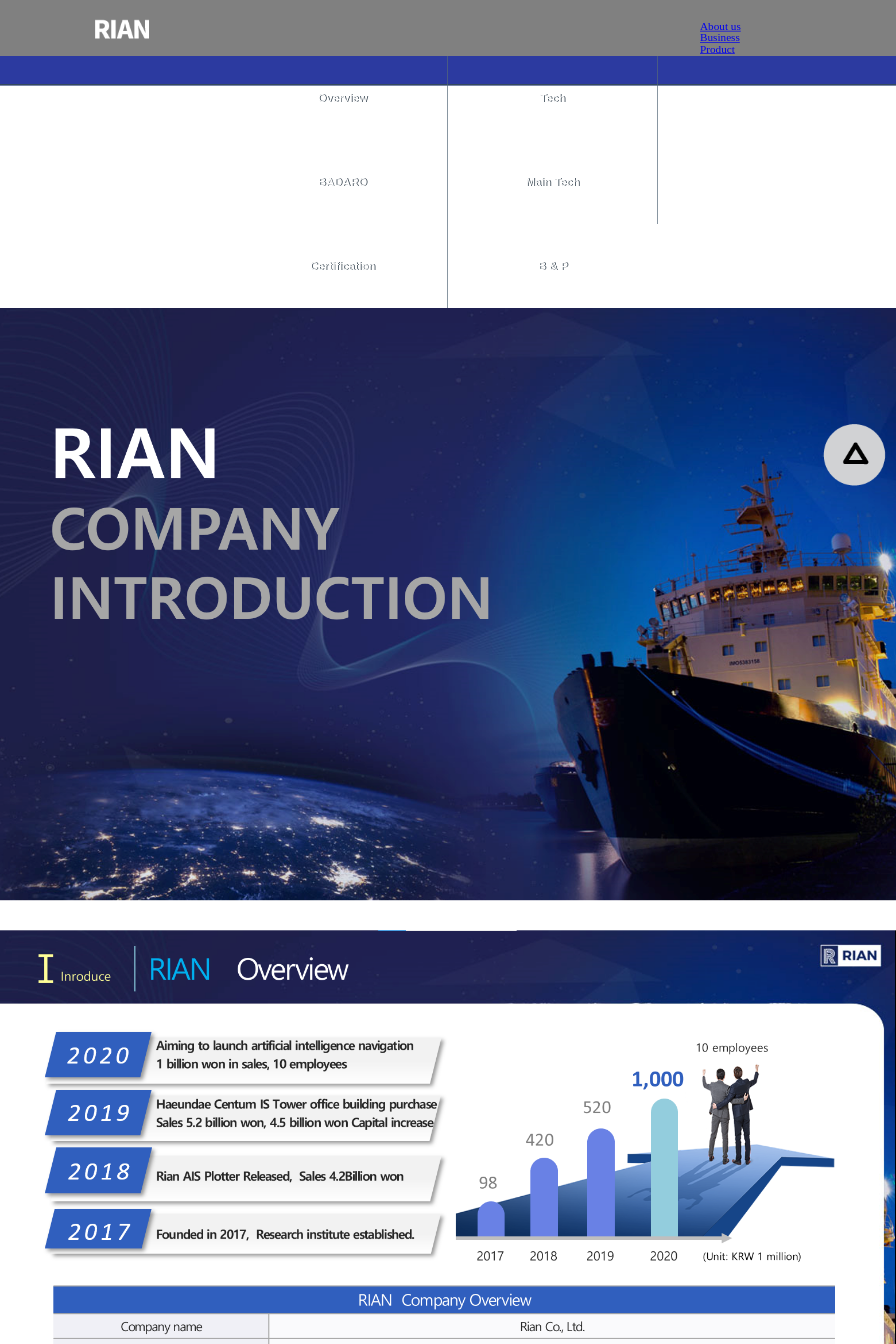
Repository: injeong-in/CompanyWeb
Page: http://localhost/RianWebSite/
An editor plug-in stored every save of this project. The page is shown before and after the next save, followed by the edit.
The browser window is 1280 px wide. The pictures show the part of the page from y = 0 to 1920 px (the page is 12441 px tall before and 12241 px after), at 70% of full size.
The page is served by Tomcat 9. Nobody is signed in. The application's start-up code is not run.

Above is the page before, as saved 2020-12-01 05:45:55.

### RianWebSite/WebContent/index.jsp
<%@ page language="java" contentType="text/html; charset=UTF-8"
    pageEncoding="UTF-8"%>

<!DOCTYPE html>
<html>

<head>
    <meta charset="UTF-8">
    <meta name="viewport" content="width=device-width, initial-scale=1.0">
    <title>Rian company</title>

    <!--스타일시트 등록-->
    <link rel="stylesheet" href="./css/style.css">

    <!--제이쿼리 등록-->
    <script src="./js/jquery-2.1.3.min.js">
    </script>
    <script src="./js/jquery.vide.min.js">
    </script>
    <script src="./js/jquery.scrollTo.min.js">
    </script>

    <!--제이쿼리 작성-->
    <script>

    $(document).ready(function(){
        $('nav a').click(function(e){
            $.scrollTo(this.hash||0, 280);
            e.preventDefault();
        });
        $('#btn_gotop').click(function(e){
            $.scrollTo(this.hash||0, 280);
            e.preventDefault();
        });
    });

    $(function () {
            var trigger = $('#trigger');
            var menu = $('nav ul');
            $(trigger).on('click', function(e) {
                e.preventDefault();
                menu.slideToggle();
            });
            $(window).resize(function () {
                var w = $(window).width();
                if(w>320 && menu.is(':hidden')) {
                    menu.removeAttr('style');
                }
            });
        });
    </script>
    <!--제이쿼리 작성 끝-->

</head>


<body>

	<div id="container">
		<header class="header" style="position: fixed; width: 100%; height: 80px; background-color: gray; margin: 0 auto;">
			<div class="header_inheader" style="width: 80%; height: 80px; background-color: gray; margin:0 auto;">
				<a href="http://rian.kr"><img src="./images/logo-1.png" style="position: relative; margin-top: 20px;"></a>
				<div style="width:50%; position: absolute; left: 1000px; top: 30px;">
					<ul class="header_menu" style="position: relative;">
						<li><a href="http://rian.kr/about-us/">About us</a></li>
						<li><a href="http://rian.kr/business/">Business</a></li>
						<li><a href="http://rian.kr/product/">Product</a></li>
						<li><a href="http://rian.kr/ourstory/">Our Story</a></li>
						<li><a href="http://14.42.209.254/" style="color: #c4c4c4;">Intro in ENG</a></li>
					</ul>
				</div>
			</div>
		</header>

		<br><br><br><br><br>

	    <nav class="clearfix">
	        <ul class="clearfix">
	            <li><a href="#2">Overview</a></li>
	            <li><a href="#3">Tech</a></li>
	            <li><a href="#4">BADARO</a></li>
	            <li><a href="#6">Main Tech</a></li>
	            <li><a href="#11">Certification</a></li>
	            <li><a href="#12">B & P</a></li>
	        </ul>
	        <a href="" id="trigger"></a>
	    </nav>

		<!--본문-->
		    <%for(int i=1; i<14; i++) { %>
		    <div id="container" class="page<%=i%>">
		    	<section id="<%=i%>" style="width: 0.1px; height: 0.1px;">
		    	</section>
		    	<img src="./images/<%=i%>.png" style="width: 100%;">
		    </div>
	    <% } %>
	    <!--본문 끝-->

    	<!--최상단 이동-->
	    <a href="#1" id="btn_gotop" class="btn_gotop">
	    	<img src="./images/topbutton.png" style="position: fixed; right: 10px; bottom: 20px; ">
		  	<span class="glyphicon glyphicon-chevron-up">
		  	</span>
		</a>
		<!--이동 끝-->

	</div>
</body>
</html>

### RianWebSite/WebContent/css/style.css
html, body, div, span, applet, object, iframe,
h1, h2, h3, h4, h5, h6, p, blockquote, pre,
a, abbr, acronym, address, big, cite, code,
del, dfn, em, img, ins, kbd, q, s, samp,
small, strike, strong, sub, sup, tt, var,
b, u, i, center,
dl, dt, dd, ol, ul, li,
fieldset, form, label, legend,
table, caption, tbody, tfoot, thead, tr, th, td,
article, aside, canvas, details, embed,
figure, figcaption, footer, header, hgroup,
menu, nav, output, ruby, section, summary,
time, mark, audio, video {
  margin: 0;
  padding: 0;
  border: 0;
  font-size: 100%;
  font: inherit;
  vertical-align: baseline;
}
/* HTML5 display-role reset for older browsers */
article, aside, details, figcaption, figure,
footer, header, hgroup, menu, nav, section {
  display: block;
}
body {
  line-height: 1;
}
ol, ul {
  list-style: none;
}
blockquote, q {
  quotes: none;
}
blockquote:before, blockquote:after,
q:before, q:after {
  content: '';
  content: none;
}
table {
  border-collapse: collapse;
  border-spacing: 0;
}




.container div a {
    margin-left: 20px;
}

nav {
    height: 40px;
    width: 100%;
    background: rgb(44, 58, 160);
    font-size: 1em;
    font-family: Arial, sans-serif;
    font-weight: bold;
    position: relative;
    border-bottom: 2px solid #34495e;
}

nav ul {
    padding: 0;
    margin:0 auto;
    width: 600px;
    height: 40px;
}

nav li {
    display: inline;
    float: left;

}

.clearfix:before,
.clearfix:after {
    content: " ";
    display: table;
}

.clearfix:after {
    clear: both;
}

.clearfix {
    zoom: 1;
}


nav a {
    color: #fff;
    display: inline-block;
    width: 300px;
    text-align: center;
    text-decoration: none;
    line-height: 120px;
    text-shadow: 1px 1px 0px #283744;

}

nav li a {
    border-right: 1px solid #576979;
    box-sizing: border-box;
    -moz-box-sizing: border-box;
    -webkit-box-sizing: border-box;
}

nav li:last-child a {
    border-right: 0;
}

nav a:hover, nav a:active {
    background-color: #fb00b7;
}

nav a#trigger {
    display: none;
}

@media screen and (max-width:600px) {
    nav {
        height: auto;

    }

    nav ul {
        width: 100%;
        display: block;
        height: auto;

    }

    nav li {
        width: 50%;
        float: left;
        position: relative;
    }

    nav li a {
        border-bottom: 1px solid #576979;
        border-right: 1px solid #576979;
    }

    nav a {
        text-align: left;
        width: 100%;
        text-indent: 25px;
    }
}

@media screen and (max-width:320px) {
    nav {
        border-bottom: 0;
    }

    nav ul {
        display: none;
        height: auto;
    }

    nav li {
        display: block;
        float: none;
        width: 100%;
    }

    nav li a {
        border-bottom: 1px solid #576979;
    }


    nav a#trigger {
        display: block;
        background-color: #283744;
        width: 100%;
        position: relative;
    }

    nav a#trigger:after {
        content:"";
        background: url('nav.png') no-repeat;
        width: 30px;
        height: 30px;
        display: inline-block;
        position: absolute;
        right: 15px;
        top: 10px;
    }


}
    section {
        position:relative;
        width:100%;
        margin: 0 auto;
        padding: 20px;
        height: 400px;
    }


    .btn_gotop {
	  position: fixed;
	  right: 2%;
	  bottom: 2%;
	  width: 30%;
	  height: 50%;
	  line-height: 40px;
	  display: block;
	}

	.page1 {
		height: 100%;
		background-repeat: no-repeat;
	}
	/* .page3 {
		background-color: fuchsia;
	}
	.page4 {
		background-image: url("./images/footer.png");
		height: 40px;
	}
	.page5 {
		background-image: url("./images/footer2.png");
		background-color: white;
		height: 100px;
	} */

Loaded but not shown: RianWebSite/WebContent/js/jquery-2.1.3.min.js (library); RianWebSite/WebContent/js/jquery.vide.min.js (library); RianWebSite/WebContent/js/jquery.scrollTo.min.js (common file)

After the next save:
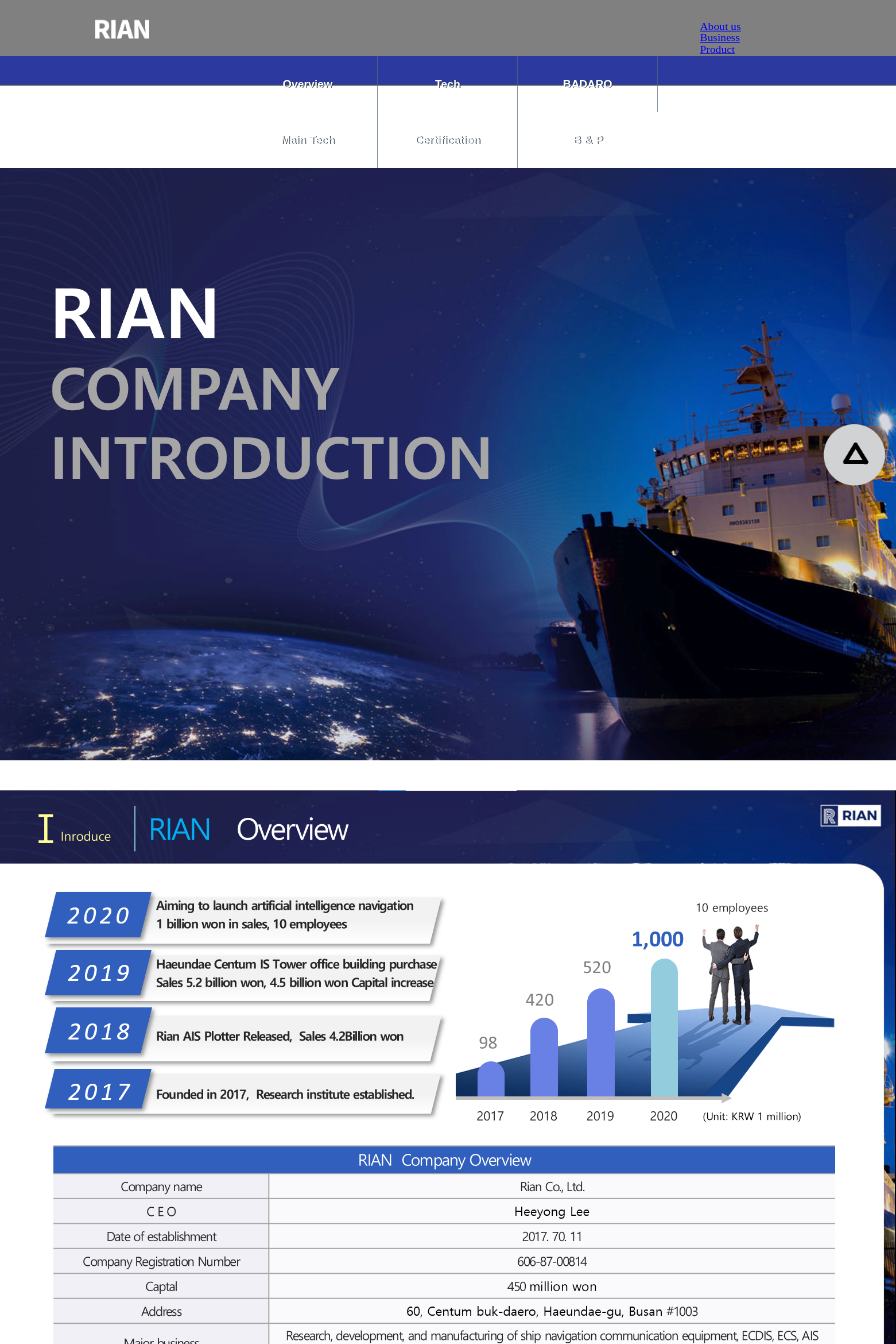
Saved 41 s later.
--- a/RianWebSite/WebContent/css/style.css
+++ b/RianWebSite/WebContent/css/style.css
@@ -91,10 +91,10 @@ nav li {
 nav a {
     color: #fff;
     display: inline-block;
-    width: 300px;
+    width: 200px;
     text-align: center;
     text-decoration: none;
-    line-height: 120px;
+    line-height: 80px;
     text-shadow: 1px 1px 0px #283744;
 
 }
